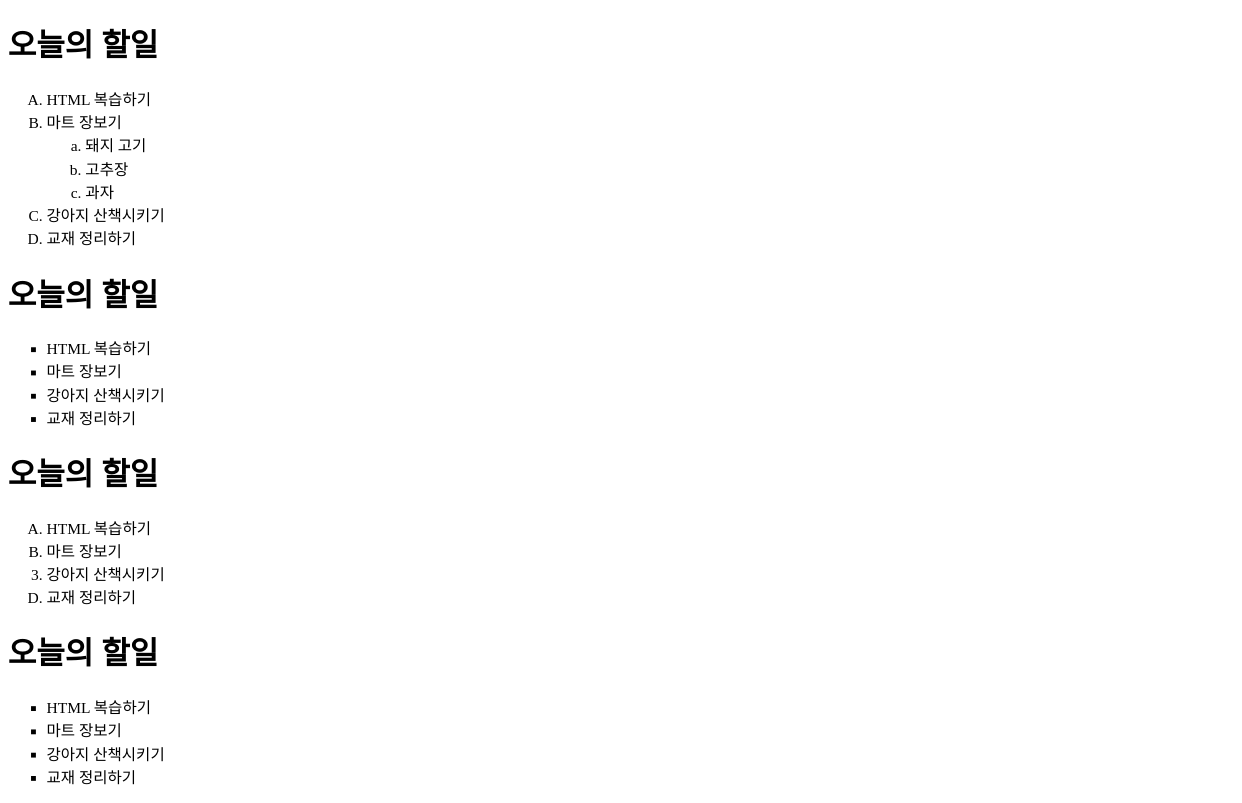
Repository: Chun0903/classStudy_github.io
Page: client/ClientTest/WebContent/ex10_list.html
The author's editor kept a copy of each file at every save. The page is drawn from the files as they stood at one save, then again after the next save.
The browser window is 1280 px wide. The pictures show the whole page, at 97% of full size.

Above is the page before, as saved 2020-06-19 01:28:51.

### client/ClientTest/WebContent/ex10_list.html
<!DOCTYPE html>
<html>
<head>
<meta charset="UTF-8">
<title>Insert title here</title>
</head>
<body>


	<!--

		List, 목록

		1. <ol>
			- 순서가 있는 목록
			- Ordered List
		2. <ul>
			- 순서가 없는 목록
			- Unordered List
		3. <li>
			- 목록의 항목
			-List Item

	 -->

	<h1>오늘의 할일</h1>

	<ol type="A">
		<li>HTML 복습하기</li>
		<li>
			마트 장보기
			<ol type="a">
				<li>돼지 고기</li>
				<li>고추장</li>
				<li>과자</li>
			</ol>
		</li>
		<li>강아지 산책시키기</li>
		<li>교재 정리하기</li>
	</ol>


	<h1>오늘의 할일</h1>

	<!-- 불릿(bullet) -->
	<ul type="square">
		<li>HTML 복습하기</li>
		<li>마트 장보기</li>
		<li>강아지 산책시키기</li>
		<li>교재 정리하기</li>
	</ul>


	<h1>오늘의 할일</h1>

	<ol type="A">
		<li>HTML 복습하기</li>
		<li>마트 장보기</li>
		<li type="1">강아지 산책시키기</li>
		<li>교재 정리하기</li>
	</ol>

			<h1>오늘의 할일</h1>

	<!-- 불릿(bullet) -->
	<ul type="square">
		<li>HTML 복습하기</li>
		<li>마트 장보기</li>
		<li>강아지 산책시키기</li>
		<li>교재 정리하기</li>
	</ul>





</body>
</html>

After the next save:
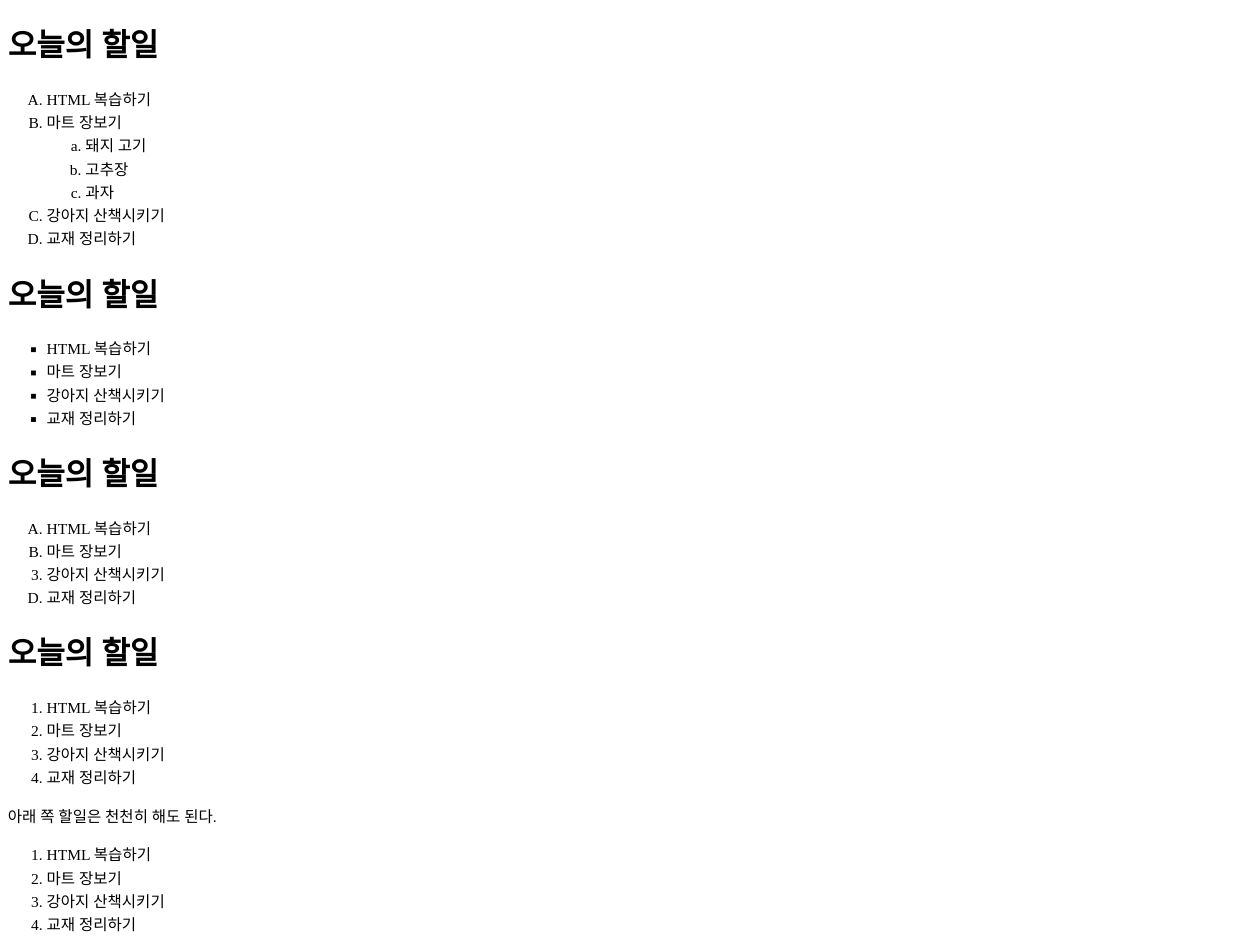
Saved 45 s later.
--- a/client/ClientTest/WebContent/ex10_list.html
+++ b/client/ClientTest/WebContent/ex10_list.html
@@ -60,15 +60,23 @@
 		<li>교재 정리하기</li>
 	</ol>
 
-			<h1>오늘의 할일</h1>
+	<h1>오늘의 할일</h1>
 
-	<!-- 불릿(bullet) -->
-	<ul type="square">
+	<ol>
 		<li>HTML 복습하기</li>
 		<li>마트 장보기</li>
 		<li>강아지 산책시키기</li>
 		<li>교재 정리하기</li>
-	</ul>
+	</ol>
+
+	아래 쪽 할일은 천천히 해도 된다.
+
+	<ol>
+		<li>HTML 복습하기</li>
+		<li>마트 장보기</li>
+		<li>강아지 산책시키기</li>
+		<li>교재 정리하기</li>
+	</ol>
 
 
 
